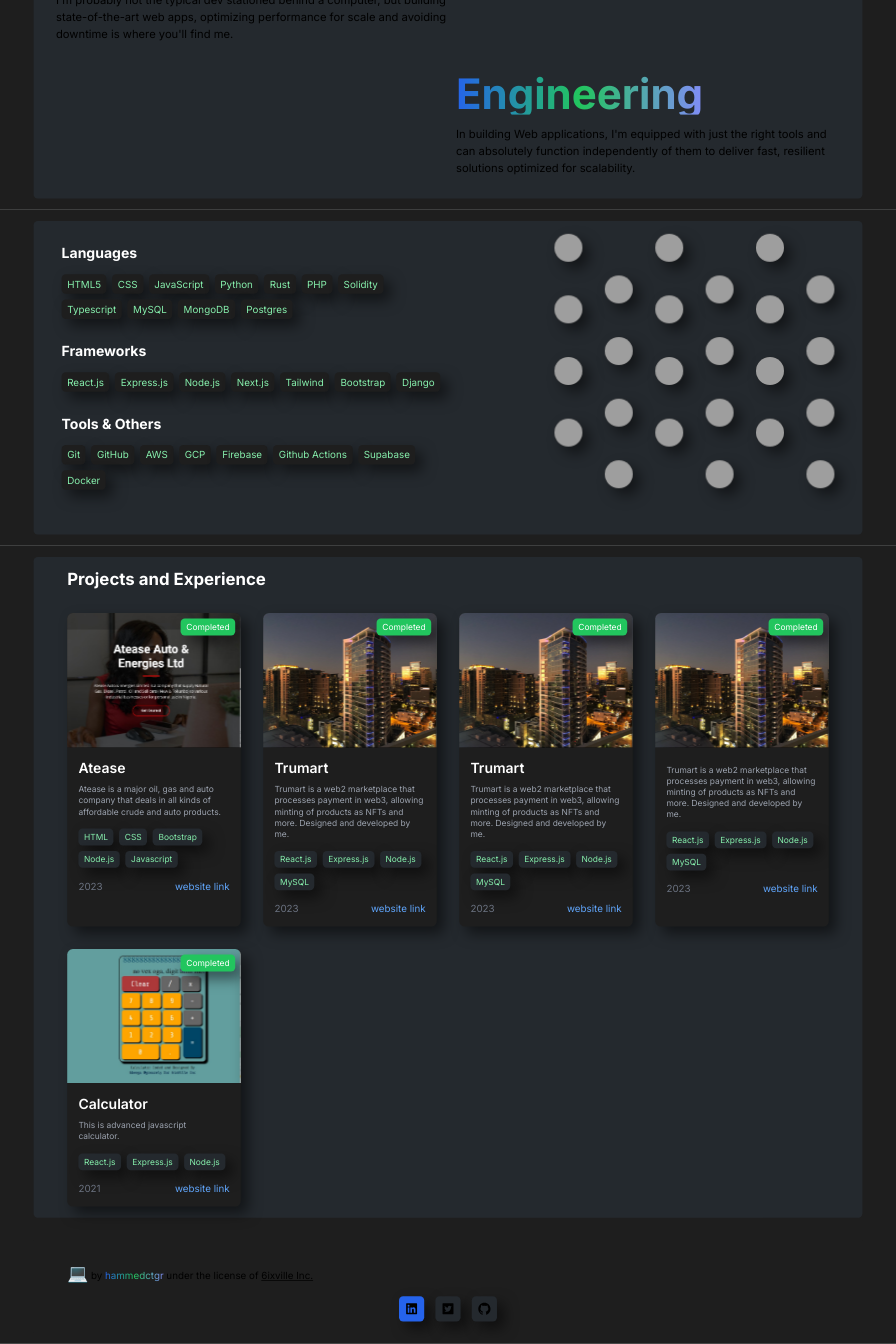
Repository: muhammedctgr/hammedctgr
Page: /
These files come from the project's save history. The page is drawn as it stood at one moment and after the next save; the edit follows.
The browser window is 1280 px wide. The pictures show the part of the page from y = 744 to 2664 px (the page is 2664 px tall), at 70% of full size.
Pictures or frames that could not be fetched are drawn as grey boxes. The project was rebuilt for these pictures with package versions that can differ from the ones it lists, and the page was loaded fresh each time. The framework's server and built-in components were replaced by stand-ins that run in the browser. Also part of the build but not shown: next.config.mjs.

Above is the page before, as saved 2024-08-16 21:48:03.

After the next save:
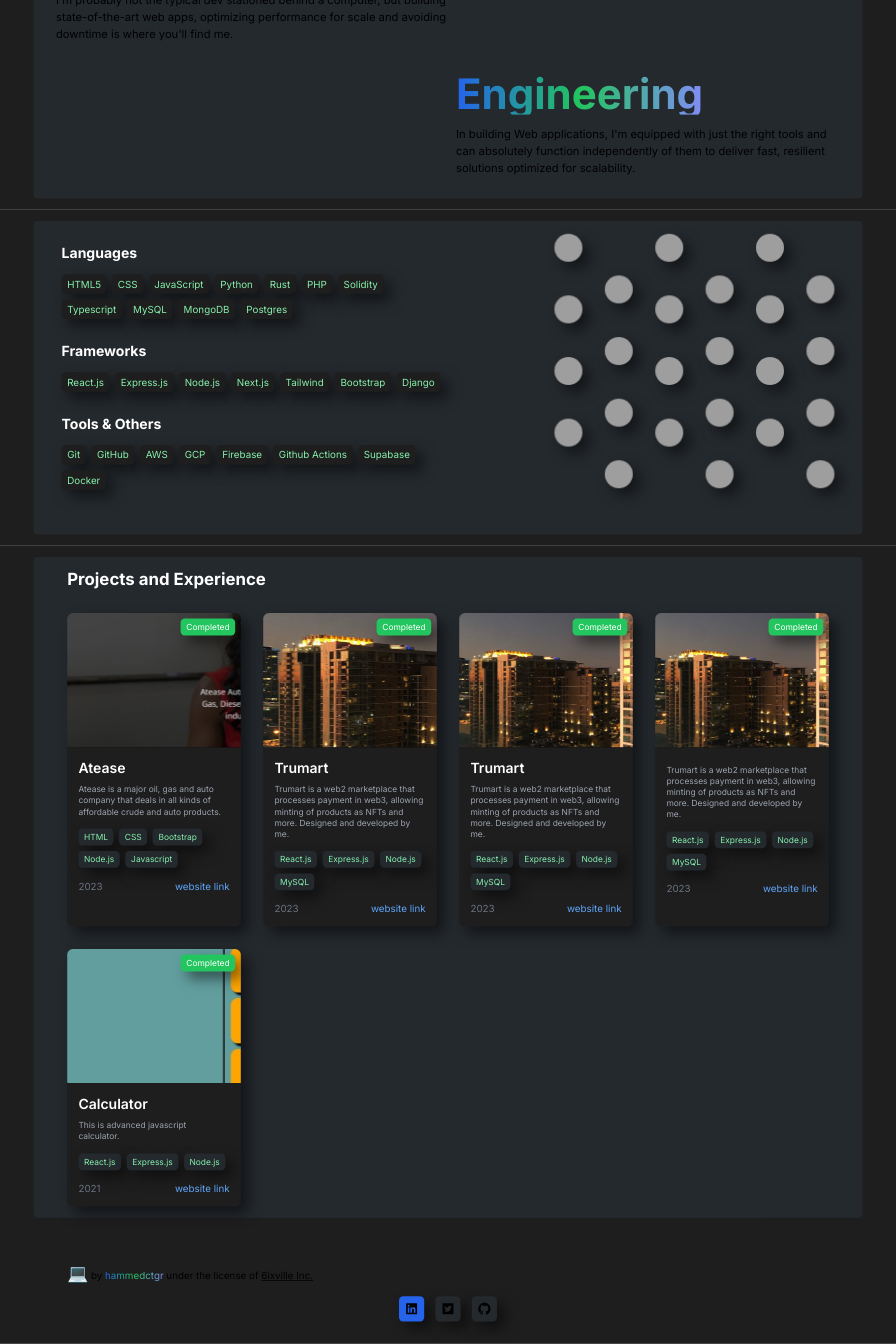
Saved 4 min 31 s later.
--- a/components/ProjectsSection.tsx
+++ b/components/ProjectsSection.tsx
@@ -68,9 +68,17 @@ const ProjectsSection: FC = () => {
           {projects.map((project, index) => (
             <div key={index} className="bg-gptGray rounded-lg overflow-hidden shadow-deep-all transform transition-transform duration-300 hover:scale-105 ">
               <div className="relative w-full h-48 overflow-hidden">
-                <div className="absolute inset-0 flex animate-slide infinite-scroll">
+              <div
+                  className="absolute inset-0 flex animate-slide infinite-scroll"
+                  style={{ '--num-images': project.images.length } as React.CSSProperties}
+                >
                   {project.images.map((image, i) => (
-                    <img key={i} src={image} alt={`${project.title} image ${i + 2}`} className="w-full h-full object-cover shadow-deep-all" />
+                    <img
+                      key={i}
+                      src={image}
+                      alt={`${project.title} image ${i + 1}`}
+                      className="w-full h-full object-cover shadow-deep-all rounded-md"
+                    />
                   ))}
                 </div>
                 <span className="shadow-deep-all absolute top-2 right-2 bg-green-500 text-xs text-white px-2 py-1 rounded-md">{project.status}</span>
